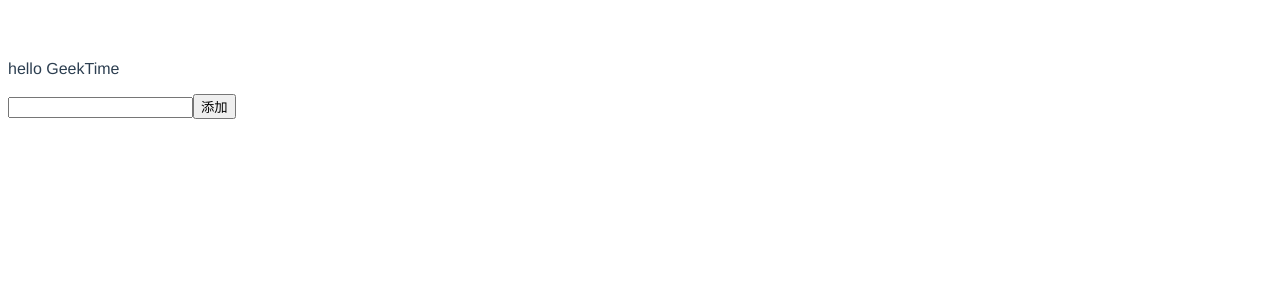
Repository: bug-code/vue-geekTime
Page: /
These files come from the project's save history. The page is drawn as it stood at one moment and after the next save; the edit follows.
The browser window is 1280 px wide. The pictures show the whole page.
The project was rebuilt for these pictures with package versions that can differ from the ones it lists, and the page was loaded fresh each time. Also part of the build but not shown: src/components/TodoItem.vue.

Above is the page before, as saved 2020-04-28 18:23:43.

### src/App.vue
<template>
  <div id="app">
    <!-- <img
      alt="Vue logo"
      src="./assets/logo.png"
    > -->
    <!--  <HelloWorld msg="Welcome to Your Vue.js App"/> -->
    <p>{{msg}}</p>
    <input type="text" v-model="info" >
    <button @click="handClickAdd">添加</button>
    <ul>
      <todo-item v-for="(item ,index) in list" :key='index' :item = item></todo-item>
    </ul>
  </div>
</template>

<script>
// import HelloWorld from './components/HelloWorld.vue'
import TodoItem from "./components/TodoItem.vue";

export default {
  name: "App",
  data() {
    return {
      msg: "hello GeekTime",
      info: "",
      list: []
    };
  },
  methods:{
    handClickAdd(){
      console.log(this.info)
      this.list.push(this.info)
    }
  },
  components: {
    // HelloWorld
    TodoItem
  }
};
</script>

<style>
#app {
  font-family: Avenir, Helvetica, Arial, sans-serif;
  -webkit-font-smoothing: antialiased;
  -moz-osx-font-smoothing: grayscale;
  /* text-align: center; */
  color: #2c3e50;
  margin-top: 60px;
}
</style>

Loaded but not shown: public/index.html (common file); src/main.js (common file)

After the next save:
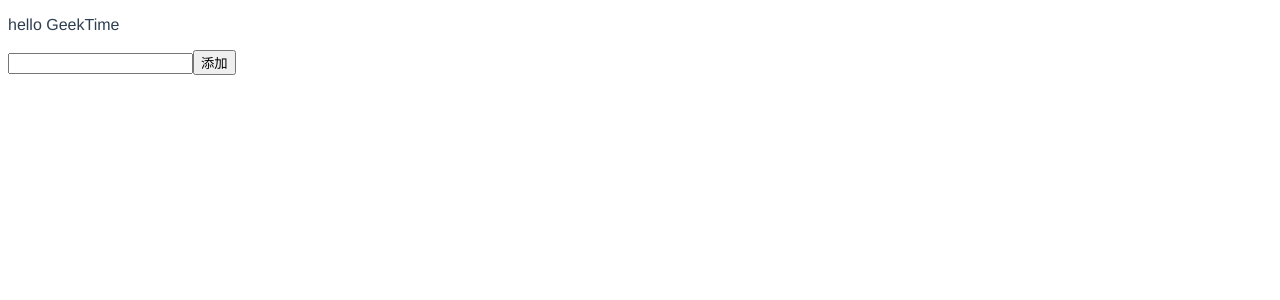
Saved 7 s later.
--- a/src/App.vue
+++ b/src/App.vue
@@ -47,6 +47,6 @@
   -moz-osx-font-smoothing: grayscale;
   /* text-align: center; */
   color: #2c3e50;
-  margin-top: 60px;
+  /* margin-top: 60px; */
 }
 </style>
